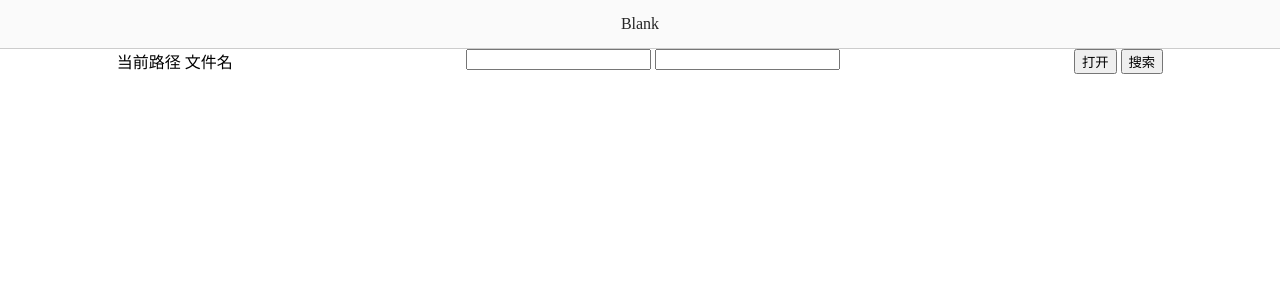
Repository: andycj7/-
Page: JS插件开发/filesystem/index.html
These files come from the project's save history. The page is drawn as it stood at one moment and after the next save; the edit follows.
The browser window is 1280 px wide. The pictures show the whole page.

Above is the page before, as saved 2020-07-21 07:46:47.
Console error (its wording comes from the project's code and is left out).

### JS插件开发/filesystem/index.html
<html>

<head>
<meta charset="utf-8">
<meta name="viewport"
	content="initial-scale=1, maximum-scale=1, user-scalable=no, width=device-width">
<title>Blank</title>
<link rel="stylesheet" href="css/base.css">
</head>

<body>
	<div class="title">Blank</div>
	<div class="line"></div>
	<div class="div-parent">
		<div class="div-control">
			<div>
				<label>当前路径</label>
				<label>文件名</label>
			</div>
			<div>
				<input></input>
				<input></input>
			</div>
			<div>
				<button>打开</button>
				<button>搜索</button>
			</div>
		</div>
		<div id="div_display" class="div-child-2">
		</div>
	</div>
</body>
<script src="js/GeoBOS.min.js"></script>
<script src="js/GeoBOS.filesystem.min.js"></script>
<script src="js/index.js"></script>
</html>

### JS插件开发/filesystem/css/base.css
@charset "UTF-8";

body {
	margin: 0;
}

.title {
	height: 48px;
	font-size: 16px;
	line-height: 48px;
	text-align: center;
	color: rgba(0, 0, 0, .85);
	background-color: #fafafa;
}

.line {
	width: 100%;
	height: 1px;
	background-color: rgb(204, 204, 204);
}

.div-parent {
	display: flex;
	flex-direction: column;
	justify-content: center;
	width: 100%;
}

.div-control {
	display: flex;
	flex-direction: row;
	justify-content: space-around;
}

.div-child-2 {

}

.label {
	width: 16%;
	height: 30px;
	text-align: center;
	line-height: 30px;
	font-size: 10px;
}

.input-path {
	width: 60%;
	height: 30px;
	overflow: hidden;
	line-height: 20px;
	font-size: 15px;
	font-size: 12px;
}

.button {
	width: 12%;
	height: 30px;
	font-size: 12px;
}

.input-file {
	width: 100%;
	height: 30px;
	overflow: hidden;
	border: none;
	line-height: 35px;
	font-size: 15px;
}

### JS插件开发/filesystem/js/GeoBOS.filesystem.min.js
GeoBOS.filesystem = {

	init : function (cb) {
		GeoBOS.plugin.execute("FileSystemPlugin", "init", GeoBOS.getId(), '', null, cb);
	},
	open : function (name, cb) {
		GeoBOS.plugin.execute("FileSystemPlugin", "open", GeoBOS.getId(), name, null, cb);
	},
	back : function (cb) {
		GeoBOS.plugin.execute("FileSystemPlugin", "back", GeoBOS.getId(), '', null, cb);
	}
}

Loaded but not shown: JS插件开发/filesystem/js/GeoBOS.min.js (library); JS插件开发/filesystem/js/index.js (no copy from this time; the picture is the same without it)

After the next save:
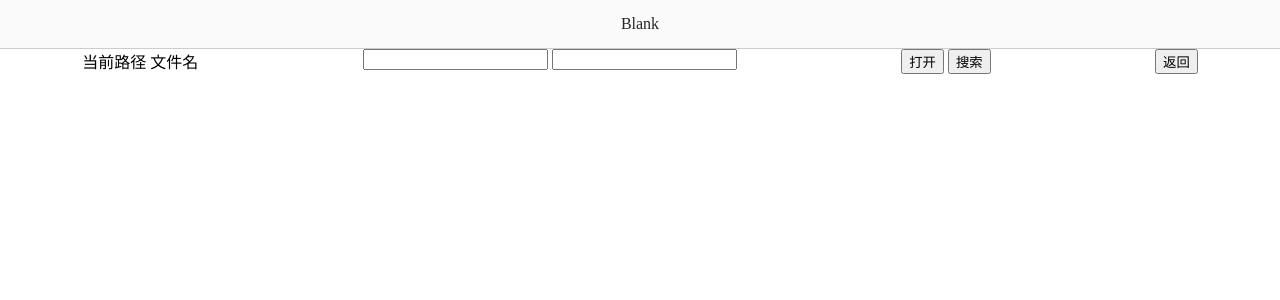
Saved 12 s later.
--- a/JS插件开发/filesystem/index.html
+++ b/JS插件开发/filesystem/index.html
@@ -25,6 +25,7 @@
 				<button>打开</button>
 				<button>搜索</button>
 			</div>
+			<button>返回</button>
 		</div>
 		<div id="div_display" class="div-child-2">
 		</div>
